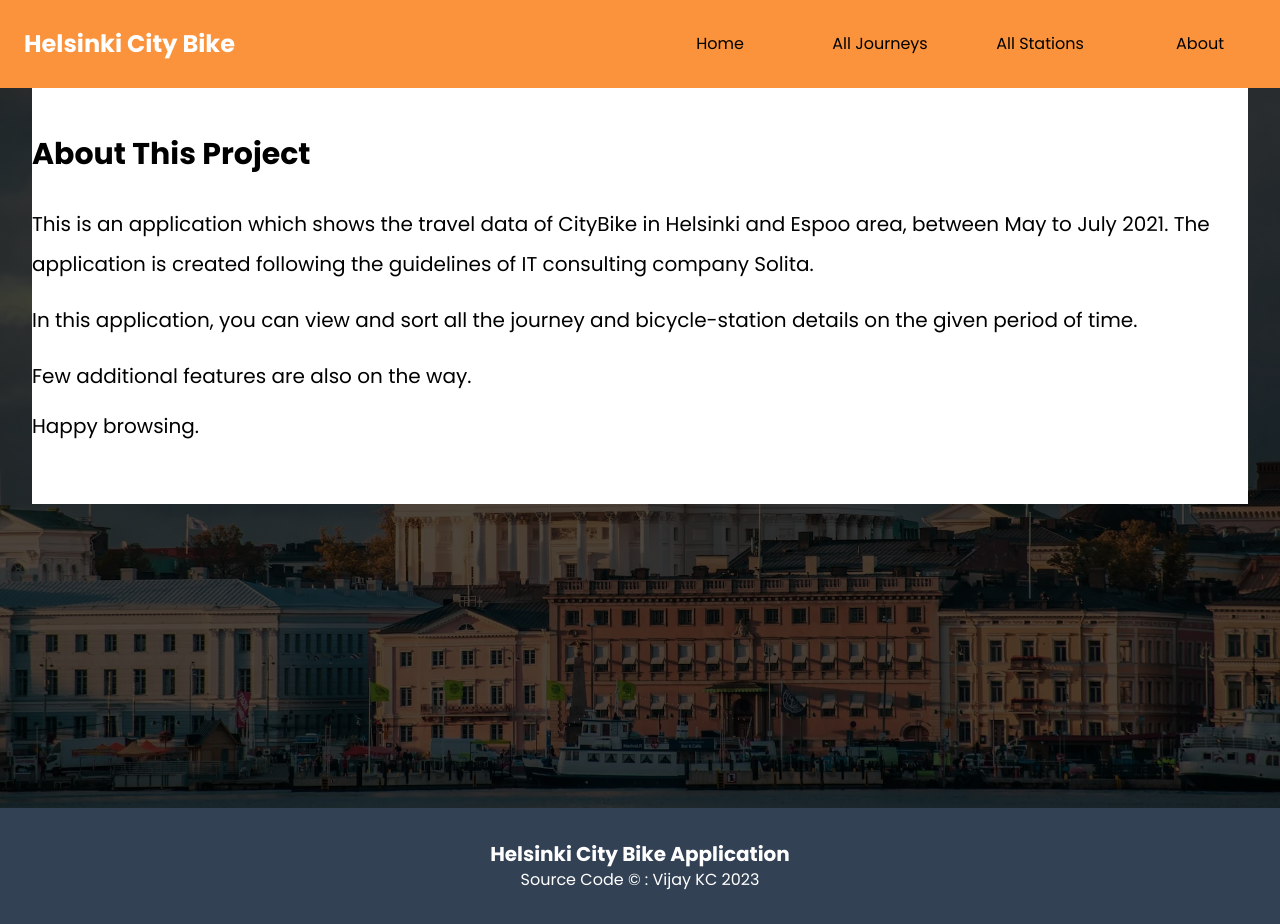
Repository: kcvijay/helsinki-citybike
Page: /about (app in client/)
An editor plug-in stored every save of this project. The page is shown before and after the next save, followed by the edit.
The browser window is 1280 px wide. The pictures show the whole page.
Backgrounds fixed to the window are drawn as part of the page. The project was rebuilt for these pictures with package versions that can differ from the ones it lists, and the page was loaded fresh each time. Also part of the build but not shown: client/src/components/Home.tsx, client/src/components/JourneyRow.tsx, client/src/styles/Table.css, client/src/styles/AllJourneys.css, client/src/components/AllJourneys.tsx, client/src/components/StationRow.tsx, client/src/components/AllStations.tsx, client/src/components/NotFound.tsx and 4 more.

Above is the page before, as saved 2023-05-26 00:46:08.

After the next save:
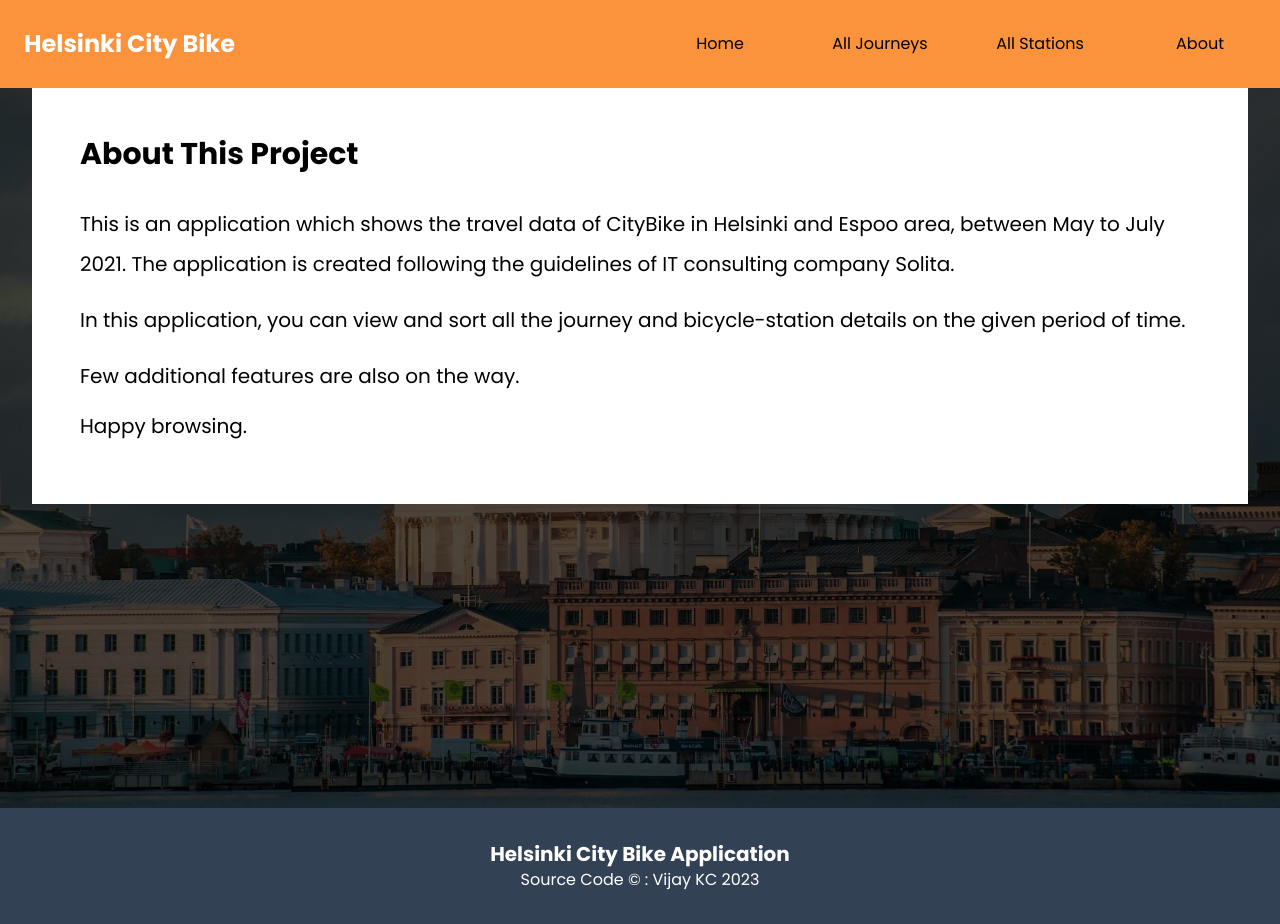
Saved 71 s later.
--- a/client/src/components/About.tsx
+++ b/client/src/components/About.tsx
@@ -2,7 +2,7 @@ import React from "react";
 
 const About = () => {
   return (
-    <div className="wrapper bg-white">
+    <div className="wrapper bg-white p-12">
       <h2 className="text-3xl font-bold mb-8">About This Project</h2>
       <p className="leading-10 text-xl mb-4">
         This is an application which shows the travel data of CityBike in
